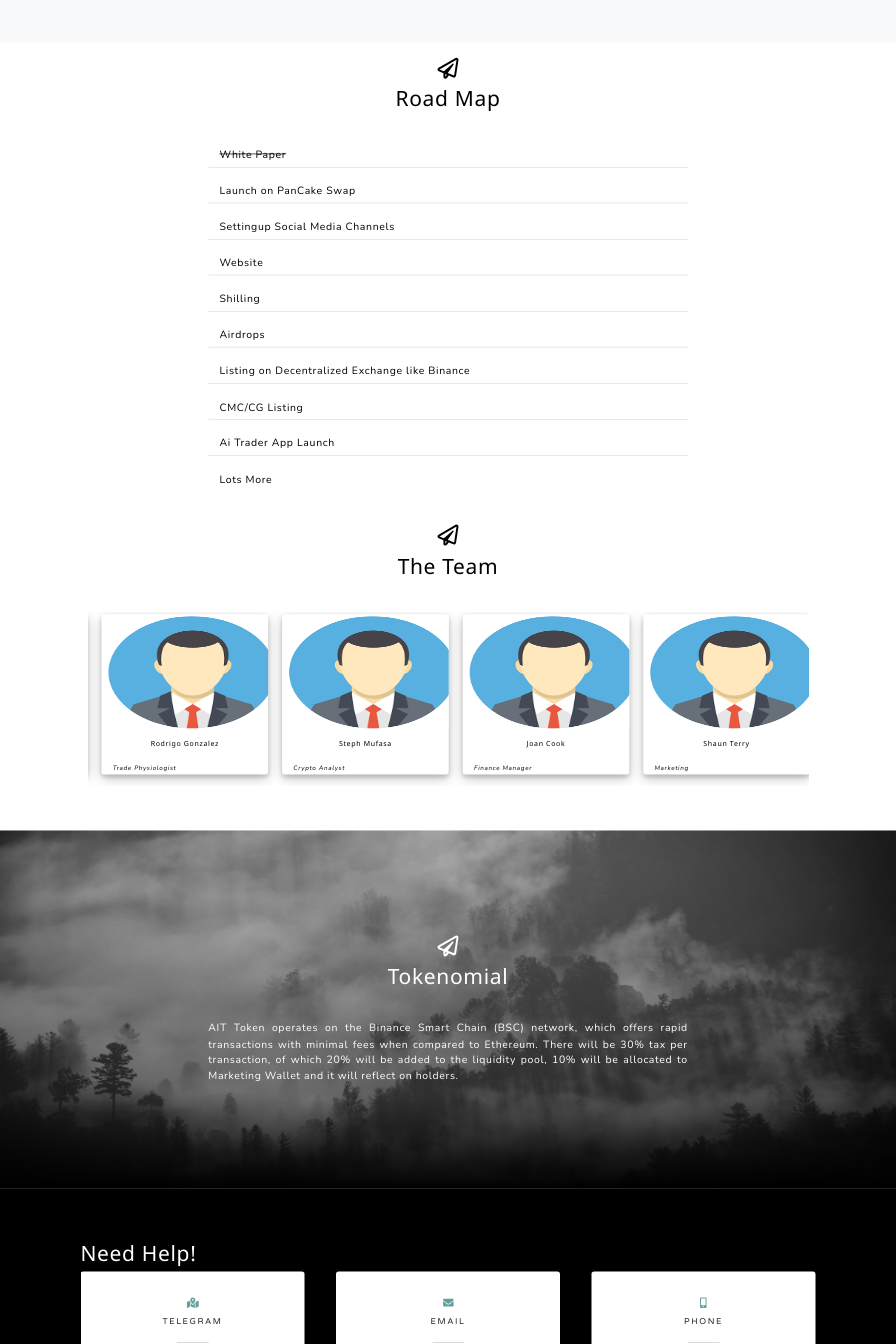
Repository: seyicoded/ico_one
Page: index.html
The author's editor kept a copy of each file at every save. The page is drawn from the files as they stood at one save, then again after the next save.
The browser window is 1280 px wide. The pictures show the part of the page from y = 2938 to 4858 px (the page is 5230 px tall), at 70% of full size.

Above is the page before, as saved 2022-03-06 17:12:02.

### index.html
<!DOCTYPE html>
<html lang="en">
    <head>
        <meta charset="utf-8" />
        <meta name="viewport" content="width=device-width, initial-scale=1, shrink-to-fit=no" />
        <meta name="description" content="" />
        <meta name="author" content="" />
        <title>Ai-Trader</title>
        <link rel="icon" type="image/x-icon" href="assets/favicon.ico" />
        <!-- Font Awesome icons (free version)-->
        <script src="https://use.fontawesome.com/releases/v5.15.4/js/all.js" crossorigin="anonymous"></script>
        <!-- Google fonts-->
        <link href="https://fonts.googleapis.com/css?family=Varela+Round" rel="stylesheet" />
        <link href="https://fonts.googleapis.com/css?family=Nunito:200,200i,300,300i,400,400i,600,600i,700,700i,800,800i,900,900i" rel="stylesheet" />

        <link rel="stylesheet" type="text/css" href="slick/slick.css"/>
<!-- // Add the new slick-theme.css if you want the default styling -->
<link rel="stylesheet" type="text/css" href="slick/slick-theme.css"/>

        <!-- Core theme CSS (includes Bootstrap)-->
        <link href="css/w3.css" rel="stylesheet" />
        <link href="css/styles.css" rel="stylesheet" />
        <link href="css/animate.css" rel="stylesheet" />
        <link href="css/custom.css" rel="stylesheet" />
        <script src="js/jquery.js"></script>
        <script type="text/javascript" src="//code.jquery.com/jquery-migrate-1.2.1.min.js"></script>
        <script src="js/wow.js"></script>
        <script src="js/bs.js"></script>
        <script type="text/javascript" src="//cdn.jsdelivr.net/npm/slick-carousel@1.8.1/slick/slick.min.js"></script>
        <script type="text/javascript">
            //Initiat WOW JS
            window.onload = function(){
                $("#loaderr").hide();
                new WOW().init();
            }
            // new WOW().init();
        </script>
        <style>
            #loaderr{
                position: fixed;
                z-index: 99;
                top: 0;
                bottom: 0;
                left: 0;
                right: 0;
                background: linear-gradient(grey, black);
                display: flex;
                justify-content: center;
                align-items: center;
            }
            #skip-loader{
                position: fixed;
                bottom: 3%;
                right: 3%;
                background-color: transparent;
                color: white;
                border: none;
            }

            .w3-text-black *{
                color: black !important;
                margin-bottom: 16px;
            }

            .slick *{
                margin-left: 10px;
                margin-top: 3px;
                margin-right: 10px;
                overflow: hidden;

            }

            .slick h3{
                font-size: 10px;
            }

            .slick small{
                font-size: 9px !important;
            }

            .slick img{
                /* width: 10px !important; */
                height: 160px;
            }
        </style>
    </head>
    <body id="page-top">
        <!--  loader start -->
        <div id="loaderr">
            <img src="assets/svg/Spin-0.5s-247px.svg" />
            <button id="skip-loader" onclick="$('#loaderr').hide()">skip</button>
        </div>
        <!-- loader stop -->

        <!-- Navigation-->
        <nav class="navbar navbar-expand-lg navbar-light fixed-top" id="mainNav">
            <div class="container px-4 px-lg-5">
                <a class="navbar-brand" href="#page-top">Ai-Trader</a>
                <button class="navbar-toggler navbar-toggler-right" type="button" data-bs-toggle="collapse" data-bs-target="#navbarResponsive" aria-controls="navbarResponsive" aria-expanded="false" aria-label="Toggle navigation">
                    Menu
                    <i class="fas fa-bars"></i>
                </button>
                <div class="collapse navbar-collapse" id="navbarResponsive">
                    <ul class="navbar-nav ms-auto">
                        <li class="nav-item"><a class="nav-link" href="#about">About</a></li>
                        <li class="nav-item"><a class="nav-link" href="#trade">How to Trade</a></li>
                        <li class="nav-item"><a class="nav-link" href="#roadmap">Road Map</a></li>
                        <li class="nav-item"><a class="nav-link" href="#team">The Team</a></li>
                        <li class="nav-item"><a class="nav-link" href="#token">Tokenomics</a></li>
                    </ul>
                </div>
            </div>
        </nav>
        <!-- Masthead-->
        <header class="masthead">
            <div class="container px-4 px-lg-5 d-flex h-100 align-items-center justify-content-center">
                <div class="d-flex justify-content-center">
                    <div class="text-center">
                        <h1 class="mx-auto my-0 text-uppercase wow fadeIn animated" data-wow-duration="1090ms" data-wow-delay="1000ms">We Got You Covered</h1>
                        <h2 class="text-white-50 mx-auto mt-2 mb-5 wow fadeIn animated" data-wow-duration="1090ms" data-wow-delay="1300ms">An Artificial Intelligence You Can Trust.</h2>
                        <a class="btn btn-white white wow fadeIn animated" style="font-weight: bolder;" href="#about"  data-wow-duration="1090ms" data-wow-delay="1600ms">Get Started</a>
                    </div>
                </div>
            </div>
        </header>
        <!-- About-->
        <section class="about-section text-center" id="about">
            <div class="container px-4 px-lg-5">
                <div class="row gx-4 gx-lg-5 justify-content-center">
                    <div class="col-lg-8">
                        <h2 class="text-white mb-4 wow fadeInLeft animated" data-wow-duration="600ms" data-wow-delay="400ms">About Ai-Trader</h2>
                        <p class="text-white-50 wow fadeInLeft animated" data-wow-duration="600ms" data-wow-delay="600ms">
                            The Crypto Market is a space with so many coins to buy, this can be a challenge for newbies and even "experienced hands". Why stress when there's rest in Ai-Trader. <br />
                            Ai-Trader is a trading App that trades on your behalf, with low risk and great reward. <br />
                            Ai-Trader is a system designed to save you time, mental stress of going through the details of different tokens. The bot checks the market for the best option and makes apt decisions to your advantage.
                        </p>
                    </div>
                    <img class="img-fluid" src="assets/img/robot-doing-data-analysis.svg" style="filter: grayscale(20%); position: absolute; opacity: 19%; height: 400px;" alt="..." />
                </div>
                <!-- <img class="img-fluid" src="assets/img/ipad.png" style="filter: grayscale(80%); position: absolute; opacity: 30%;" alt="..." /> -->
                <div style="height: 100px;">&nbsp;</div>
            </div>
        </section>
        <!-- Projects-->
        <section class="projects-section bg-light" id="trade">
            <div class="container px-4 px-lg-5">
                <h1 style="text-align: center; font-weight: bold;">Ai-Trader Simple Steps</h1>
                <br />
                <!-- Featured Project Row-->
                <div class="row gx-0 mb-4 mb-lg-5 align-items-center wow fadeInLeft animated" data-wow-duration="600ms" data-wow-delay="400ms">
                    <div class="col-xl-5 col-lg-5"><img class="img-fluid mb-3 mb-lg-0" src="assets/count/1.png" style="height: 300px; width: 100%; filter: grayscale(80);" alt="..." /></div>
                    <div class="col-xl-7 col-lg-7">
                        <div class="featured-text text-center text-lg-left">
                            <h4>Step One</h4>
                            <p class="text-black-50 mb-0">Choose the most stable coin or coin with high prospects of rising.!</p>
                        </div>
                    </div>
                </div>
                <!-- Project One Row-->
                <div class="row gx-0 mb-5 mb-lg-0 justify-content-center wow fadeInLeft animated" data-wow-duration="600ms" data-wow-delay="400ms">
                    <div class="col-lg-6"><img class="img-fluid" src="assets/count/2.png" style="filter: grayscale(80);" alt="..." /></div>
                    <div class="col-lg-6">
                        <div class="bg-black text-center h-100 project">
                            <div class="d-flex h-100">
                                <div class="project-text w-100 my-auto text-center text-lg-left">
                                    <h4 class="text-white">Two</h4>
                                    <p class="mb-0 text-white-50">Initiate a trade.</p>
                                    <hr class="d-none d-lg-block mb-0 ms-0" />
                                </div>
                            </div>
                        </div>
                    </div>
                </div>
                <!-- Project Two Row-->
                <div class="row gx-0 justify-content-center wow fadeInLeft animated" data-wow-duration="600ms" data-wow-delay="400ms">
                    <div class="col-lg-6"><img class="img-fluid" src="assets/count/3.png" style="filter: grayscale(80);" alt="..." /></div>
                    <div class="col-lg-6 order-lg-first">
                        <div class="bg-black text-center h-100 project">
                            <div class="d-flex h-100">
                                <div class="project-text w-100 my-auto text-center text-lg-right">
                                    <h4 class="text-white">Three</h4>
                                    <p class="mb-0 text-white-50">Takes you out of the trade after reaching the margin you've set.!</p>
                                    <hr class="d-none d-lg-block mb-0 me-0" />
                                </div>
                            </div>
                        </div>
                    </div>
                </div>
            </div>
        </section>
        <br />

        <section class="roadmap-section w3-text-black" id="roadmap">
            <div class="container px-4 px-lg-5">
                <div class="row gx-4 gx-lg-5">
                    <div class="col-md-10 col-lg-8 mx-auto text-center">
                        <i class="far fa-paper-plane fa-2x mb-2 text-white"></i>
                        <h2 class="text-white mb-5">Road Map</h2>

                        <div style="color: white; text-align: justify;">
                            <ul class="w3-ul">
                                <li style="text-decoration: line-through;">White Paper</li>
                                <li>Launch on PanCake Swap</li>
                                <li>Settingup Social Media Channels</li>
                                <li>Website</li>
                                <li>Shilling</li>
                                <li>Airdrops</li>
                                <li>Listing on Decentralized Exchange like Binance</li>
                                <li>CMC/CG Listing</li>
                                <li>Ai Trader App Launch</li>
                                <li>Lots More</li>
                            </ul>
                        </div>

                    </div>
                </div>
            </div>
        </section>

        <section class="team-section w3-text-black" id="team">
            <div class="container px-4 px-lg-5">
                <div class="row gx-4 gx-lg-5">
                    <div class="col-md-12 col-lg-12 mx-auto text-center">
                        <i class="far fa-paper-plane fa-2x mb-2 text-white"></i>
                        <h2 class="text-white mb-5">The Team</h2>

                        <div style="color: white; text-align: justify; background: white;">
                            <!-- Lorem ipsum dolor sit amet, consectetur adipiscing elit, sed do eiusmod tempor incididunt ut labore et dolore magna aliqua. Ut enim ad minim veniam, quis nostrud exercitation ullamco laboris nisi ut aliquip ex ea commodo consequat. Duis aute irure dolor in reprehenderit in voluptate velit esse cillum dolore eu fugiat nulla pariatur. Excepteur sint occaecat cupidatat non proident, sunt in culpa qui officia deserunt mollit anim id est laborum. -->

                            <div class="slick" data-slick='{"slidesToShow": 4, "slidesToScroll": 4}'>

                                <div class="w3-card-4 w3-round">
                                    <img src="assets//img/bjj.png" width="100%" height="160" />
                                    <h3 class="w3-center">Rodrigo Gonzalez</h3>
                                    <small class="w3-small w3-margin" style="font-style: italic;">Trade Physiologist</small>
                                </div>

                                <div class="w3-card-4 w3-round">
                                    <img src="assets//img/bjj.png" width="100%" height="160" />
                                    <h3 class="w3-center">Steph Mufasa</h3>
                                    <small class="w3-small w3-margin" style="font-style: italic;">Crypto Analyst</small>
                                </div>

                                <div class="w3-card-4 w3-round">
                                    <img src="assets//img/bjj.png" width="100%" height="160" />
                                    <h3 class="w3-center">Joan Cook</h3>
                                    <small class="w3-small w3-margin" style="font-style: italic;">Finance Manager</small>
                                </div>

                                <div class="w3-card-4 w3-round">
                                    <img src="assets//img/bjj.png" width="100%" height="160" />
                                    <h3 class="w3-center">Shaun Terry</h3>
                                    <small class="w3-small w3-margin" style="font-style: italic;">Marketing</small>
                                </div>

                                <div class="w3-card-4 w3-round">
                                    <img src="assets//img/bjj.png" width="100%" height="160" />
                                    <h3 class="w3-center">Ralph Fredrick</h3>
                                    <small class="w3-small w3-margin" style="font-style: italic;">Partner/Investor</small>
                                </div>

                                <div class="w3-card-4 w3-round">
                                    <img src="assets//img/bjj.png" width="100%" height="160" />
                                    <h3 class="w3-center">Ashley Kendall</h3>
                                    <small class="w3-small w3-margin" style="font-style: italic;">Partner</small>
                                </div>

                                <div class="w3-card-4 w3-round">
                                    <img src="assets//img/bjj.png" width="100%" height="160" />
                                    <h3 class="w3-center">Alexander Kent</h3>
                                    <small class="w3-small w3-margin" style="font-style: italic;">Software Engineer</small>
                                </div>

                            </div>

                        </div>

                    </div>
                </div>
            </div>
        </section>

        <!-- Signup-->
        <section class="signup-section" id="token">
            <div class="container px-4 px-lg-5">
                <div class="row gx-4 gx-lg-5">
                    <div class="col-md-10 col-lg-8 mx-auto text-center">
                        <i class="far fa-paper-plane fa-2x mb-2 text-white"></i>
                        <h2 class="text-white mb-5">Tokenomial</h2>
                        <!-- * * * * * * * * * * * * * * *-->
                        <!-- * * SB Forms Contact Form * *-->
                        <!-- * * * * * * * * * * * * * * *-->
                        <!-- This form is pre-integrated with SB Forms.-->
                        <!-- To make this form functional, sign up at-->
                        <!-- https://startbootstrap.com/solution/contact-forms-->
                        <!-- to get an API token!-->
                        <div style="color: white; text-align: justify;">
                            AIT Token operates on the Binance Smart Chain (BSC) network, which offers rapid transactions with minimal fees when compared to Ethereum. There will be 30% tax per transaction, of which 20% will be added to the liquidity pool, 10% will be allocated to Marketing Wallet and it will reflect on holders.
                        </div>
                        <!-- <form class="form-signup" id="contactForm" data-sb-form-api-token="API_TOKEN">

                            <div class="row input-group-newsletter">
                                <div class="col"><input class="form-control" id="emailAddress" type="email" placeholder="Enter email address..." aria-label="Enter email address..." data-sb-validations="required,email" /></div>
                                <div class="col-auto"><button class="btn btn-primary disabled" id="submitButton" type="submit">Notify Me!</button></div>
                            </div>
                            <div class="invalid-feedback mt-2" data-sb-feedback="emailAddress:required">An email is required.</div>
                            <div class="invalid-feedback mt-2" data-sb-feedback="emailAddress:email">Email is not valid.</div>




                            <div class="d-none" id="submitSuccessMessage">
                                <div class="text-center mb-3 mt-2 text-white">
                                    <div class="fw-bolder">Form submission successful!</div>
                                    To activate this form, sign up at
                                    <br />
                                    <a href="https://startbootstrap.com/solution/contact-forms">https://startbootstrap.com/solution/contact-forms</a>
                                </div>
                            </div>




                            <div class="d-none" id="submitErrorMessage"><div class="text-center text-danger mb-3 mt-2">Error sending message!</div></div>
                        </form> -->
                    </div>
                </div>
            </div>
        </section>

        <!-- Contact-->
        <section class="contact-section bg-black">
            <div class="container px-4 px-lg-5">
                <h2 class="text-white">Need Help!</h2>

                <div class="row gx-4 gx-lg-5">
                    <div class="col-md-4 mb-3 mb-md-0">
                        <div class="card py-4 h-100">
                            <div class="card-body text-center">
                                <i class="fas fa-map-marked-alt text-primary mb-2"></i>
                                <h4 class="text-uppercase m-0">Telegram</h4>
                                <hr class="my-4 mx-auto" />
                                <div class="small text-black-50"><a href="https://t.me/AITRADERCOM">Click Here</a></div>
                            </div>
                        </div>
                    </div>
                    <div class="col-md-4 mb-3 mb-md-0">
                        <div class="card py-4 h-100">
                            <div class="card-body text-center">
                                <i class="fas fa-envelope text-primary mb-2"></i>
                                <h4 class="text-uppercase m-0">Email</h4>
                                <hr class="my-4 mx-auto" />
                                <div class="small text-black-50"><a href="mailto:contact@worldaitrader.com">contact@worldaitrader.com</a></div>
                            </div>
                        </div>
                    </div>
                    <div class="col-md-4 mb-3 mb-md-0">
                        <div class="card py-4 h-100">
                            <div class="card-body text-center">
                                <i class="fas fa-mobile-alt text-primary mb-2"></i>
                                <h4 class="text-uppercase m-0">Phone</h4>
                                <hr class="my-4 mx-auto" />
                                <div class="small text-black-50">+1 (555) 902-8832</div>
                            </div>
                        </div>
                    </div>
                </div>
                <div class="social d-flex justify-content-center">
                    <a class="mx-2" href="#!"><i class="fab fa-twitter"></i></a>
                    <a class="mx-2" href="#!"><i class="fab fa-facebook-f"></i></a>
                    <a class="mx-2" href="#!"><i class="fab fa-github"></i></a>
                </div>
            </div>
        </section>
        <!-- Footer-->
        <footer class="footer bg-black small text-center text-white-50"><div class="container px-4 px-lg-5">Copyright &copy; Ai-Trader 2021</div></footer>
        <!-- Bootstrap core JS-->
        <script src="https://cdn.jsdelivr.net/npm/bootstrap@5.1.3/dist/js/bootstrap.bundle.min.js"></script>
        <!-- Core theme JS-->
        <script src="js/scripts.js"></script>

        <script src="https://cdn.startbootstrap.com/sb-forms-latest.js"></script>

        <script>
            $('.slick').slick({
  slidesToShow: 3,
  slidesToScroll: 1,
  autoplay: true,
  autoplaySpeed: 2000,
})
        </script>
    </body>
</html>

### js/scripts.js
/*!
* Start Bootstrap - Grayscale v7.0.4 (https://startbootstrap.com/theme/grayscale)
* Copyright 2013-2021 Start Bootstrap
* Licensed under MIT (https://github.com/StartBootstrap/startbootstrap-grayscale/blob/master/LICENSE)
*/
//
// Scripts
//

window.addEventListener('DOMContentLoaded', event => {

    // Navbar shrink function
    var navbarShrink = function () {
        const navbarCollapsible = document.body.querySelector('#mainNav');
        if (!navbarCollapsible) {
            return;
        }
        if (window.scrollY === 0) {
            navbarCollapsible.classList.remove('navbar-shrink')
        } else {
            navbarCollapsible.classList.add('navbar-shrink')
        }

    };

    // Shrink the navbar
    navbarShrink();

    // Shrink the navbar when page is scrolled
    document.addEventListener('scroll', navbarShrink);

    // Activate Bootstrap scrollspy on the main nav element
    const mainNav = document.body.querySelector('#mainNav');
    if (mainNav) {
        new bootstrap.ScrollSpy(document.body, {
            target: '#mainNav',
            offset: 74,
        });
    };

    // Collapse responsive navbar when toggler is visible
    const navbarToggler = document.body.querySelector('.navbar-toggler');
    const responsiveNavItems = [].slice.call(
        document.querySelectorAll('#navbarResponsive .nav-link')
    );
    responsiveNavItems.map(function (responsiveNavItem) {
        responsiveNavItem.addEventListener('click', () => {
            if (window.getComputedStyle(navbarToggler).display !== 'none') {
                navbarToggler.click();
            }
        });
    });

});

Loaded but not shown: slick/slick.css (common file); slick/slick-theme.css (library); css/w3.css (library); css/styles.css (library); css/animate.css (library); js/jquery.js (library); js/wow.js (library); js/bs.js (library); css/custom.css (no stored copy; drawn as an empty file)

After the next save:
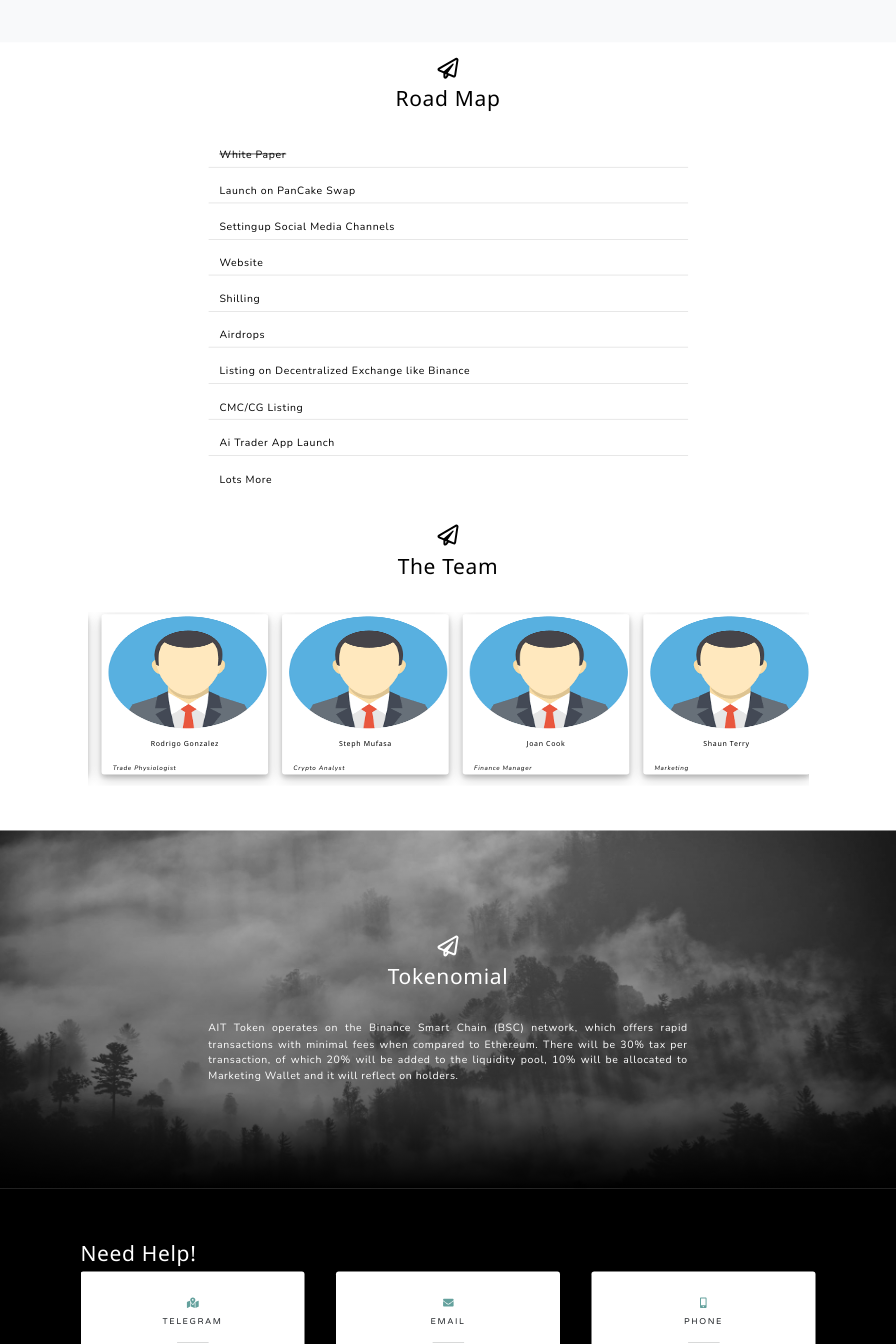
Saved 19 s later.
--- a/index.html
+++ b/index.html
@@ -79,7 +79,7 @@
             }
 
             .slick img{
-                /* width: 10px !important; */
+                width: 95% !important;
                 height: 160px;
             }
         </style>
